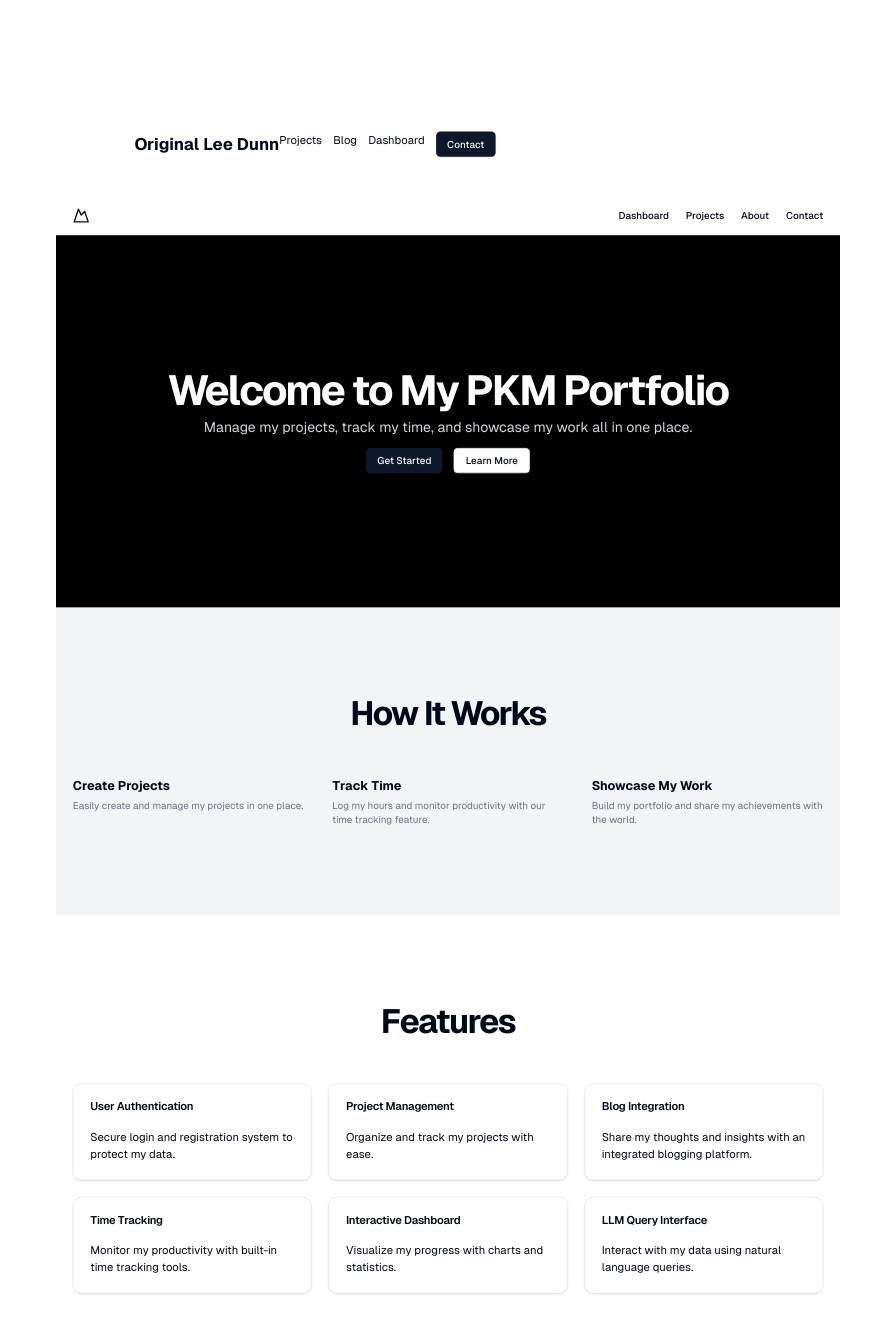
Repository: OriginalLeeDunn/pkm-portfolio
Page: /
These files come from the project's save history. The page is drawn as it stood at one moment and after the next save; the edit follows.
The browser window is 1280 px wide. The pictures show the part of the page from y = 0 to 1920 px (the page is 3643 px tall), at 70% of full size.
The project was rebuilt for these pictures with package versions that can differ from the ones it lists, and the page was loaded fresh each time. The framework's server and built-in components were replaced by stand-ins that run in the browser. Also part of the build but not shown: next.config.mjs.

Above is the page before, as saved 2024-10-16 08:04:21.

After the next save:
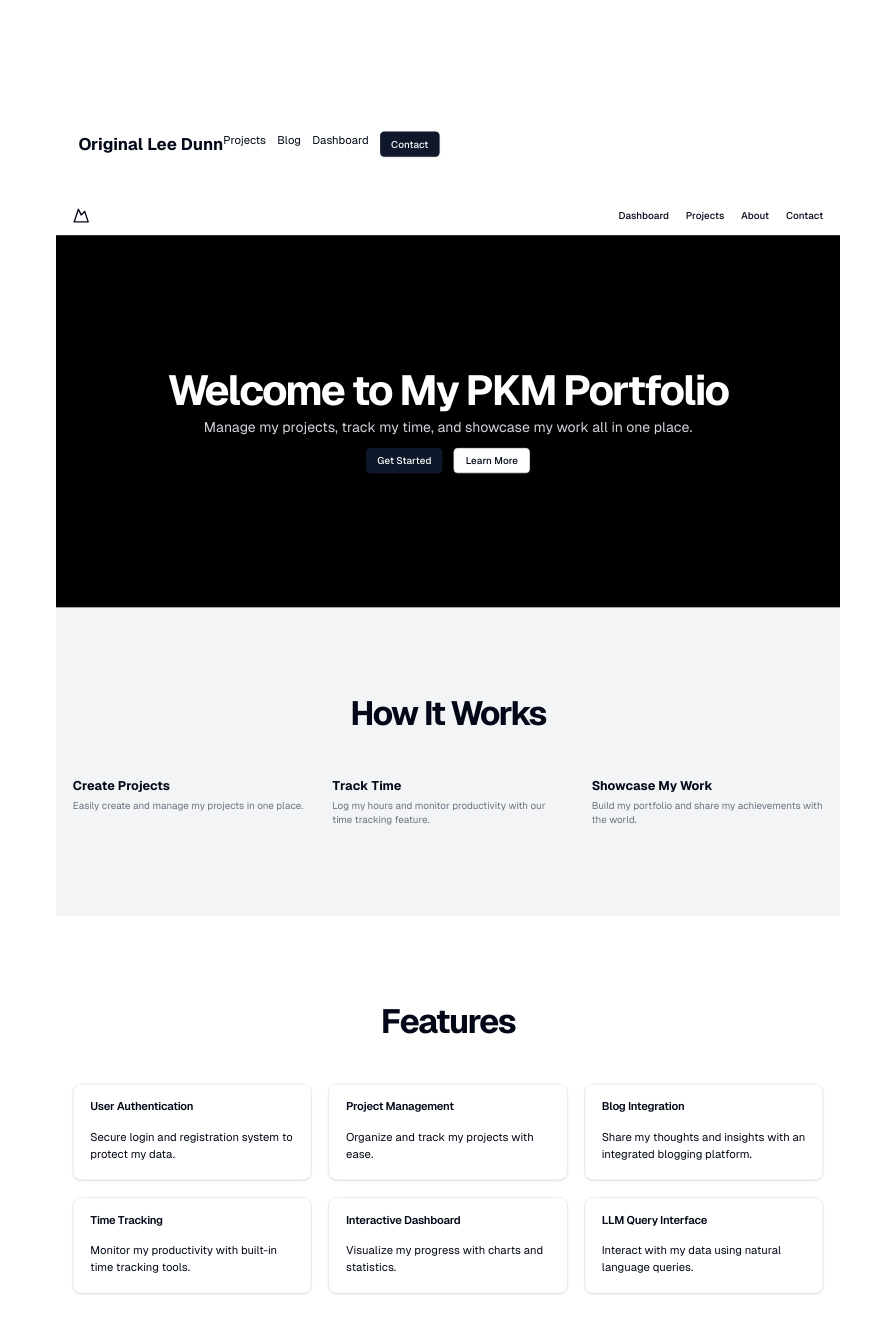
Saved 6 s later.
--- a/src/components/Header.tsx
+++ b/src/components/Header.tsx
@@ -3,7 +3,7 @@ import { Button } from '@/components/home-page/ui/button'
 
 export default function Header() {
   return (
-    <header className="w-full py-6 px-20 bg-background">
+    <header className="w-full py-6 px-50 bg-background">
       <div className="container mx-auto flex justify-between items-center">
         <Link href="/" className="text-2xl font-bold">
           Original Lee Dunn
